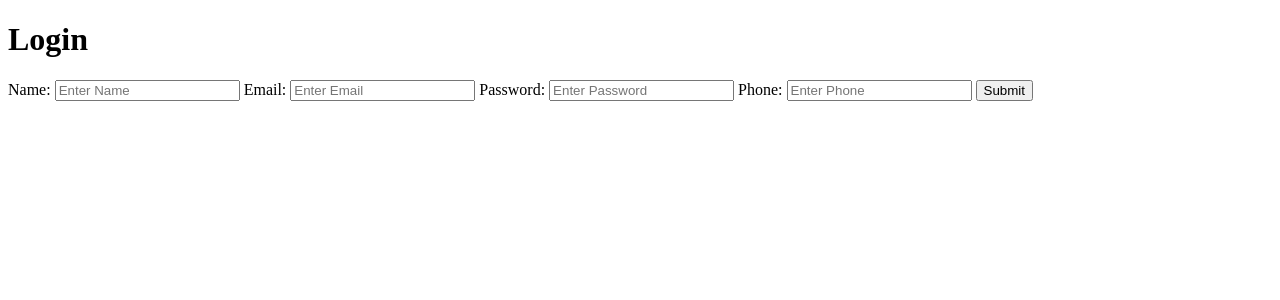
Repository: jaypatil2003dev/SpringBoot
Page: http://localhost/SB-01-MVC-Project/login.jsp
The author's editor kept a copy of each file at every save. The page is drawn from the files as they stood at one save, then again after the next save.
The browser window is 1280 px wide. The pictures show the whole page.
The page is served by Tomcat 9.

Above is the page before, as saved 2025-12-09 10:57:01.

After the next save:
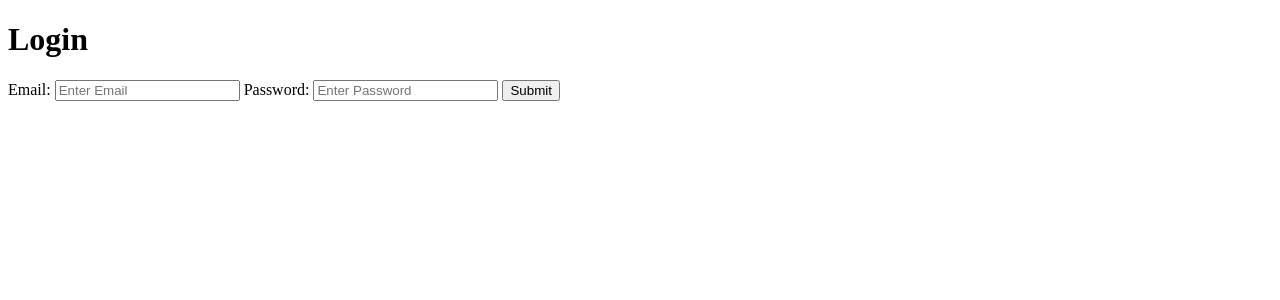
Saved 2 min 7 s later.
--- a/SB-01-MVC-Project/src/main/webapp/login.jsp
+++ b/SB-01-MVC-Project/src/main/webapp/login.jsp
@@ -11,17 +11,12 @@
     <h1>Login</h1>
     <form action="login">
 
-    <label>Name: </label>
-    <input type="text" name="name" placeholder="Enter Name" required>
-
     <label>Email: </label>
     <input type="email" name="email" placeholder="Enter Email" required>
 
     <label>Password: </label>
     <input type="password" name="pwd" placeholder="Enter Password" required>
 
-    <label>Phone: </label>
-    <input type="number" name="phn" placeholder="Enter Phone" required>
 
     <button type="button">Submit</button>
 
